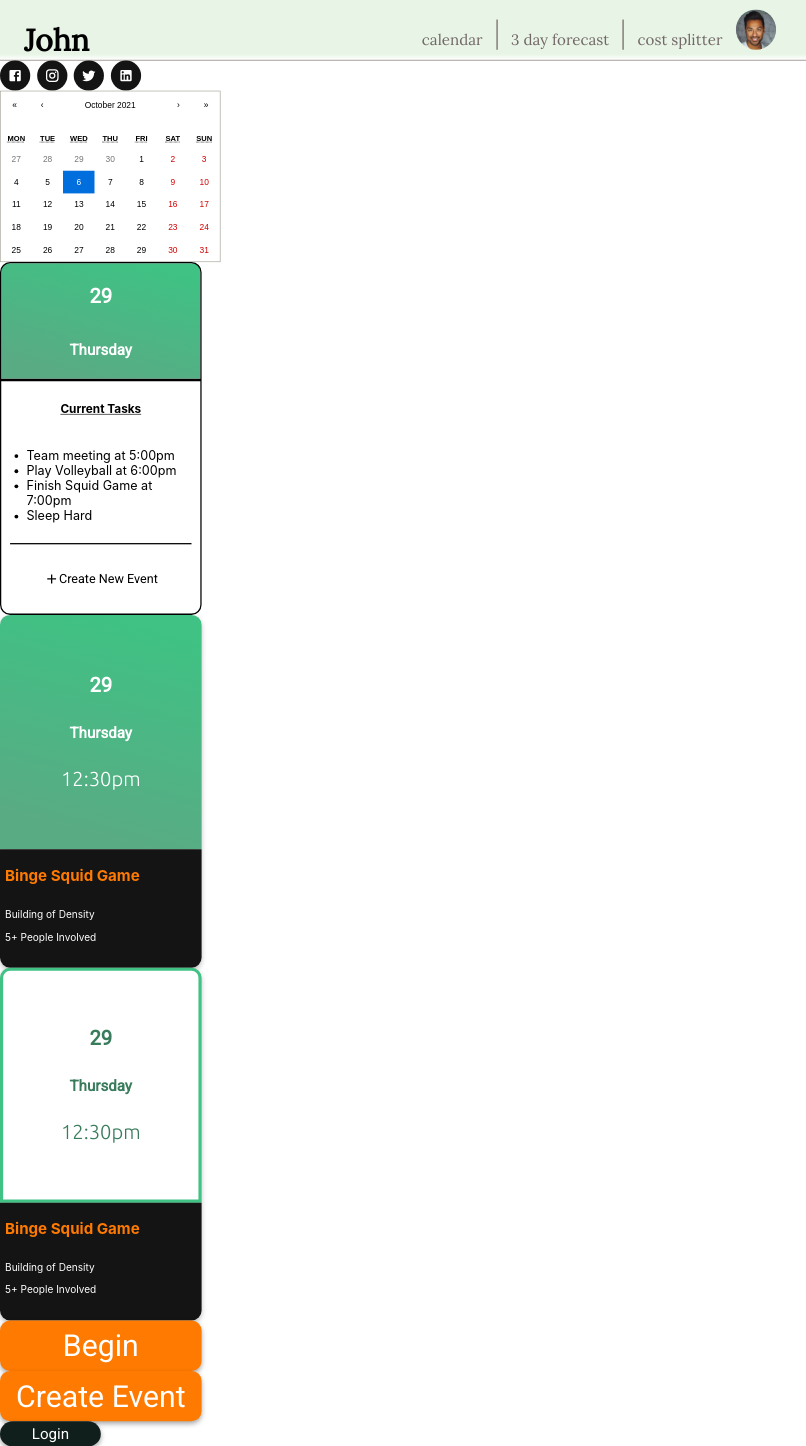
Repository: wilyyy/John
Page: / (app in john-app/)
An editor plug-in stored every save of this project. The page is shown before and after a run of saves, followed by the edit.
The browser window is 1280 px wide. The pictures show the whole page, at 63% of full size.
The project was rebuilt for these pictures with package versions that can differ from the ones it lists, and the page was loaded fresh each time. The framework's server and built-in components were replaced by stand-ins that run in the browser. Also part of the build but not shown: john-app/next.config.js.

Above is the page before, as saved 2021-10-07 18:34:24.

After the next 2 saves:
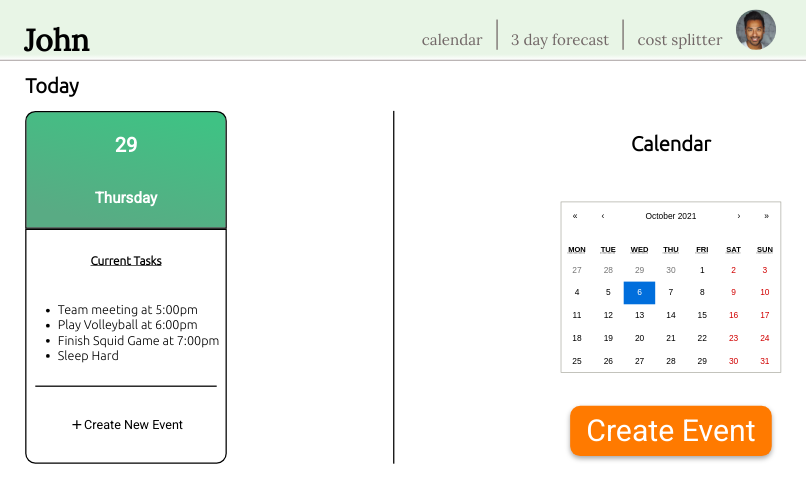
The 2 saves are shown as one change because they came seconds apart.
The last was saved 103 s later.
--- a/john-app/pages/index.js
+++ b/john-app/pages/index.js
@@ -1,47 +1,68 @@
 import Head from 'next/head'
-import Image from 'next/image'
-import styles from '../styles/Home.module.css'
-import Button from '@/Components/Button'
-import EventInfoCard from '@/Components/EventInfoCard'
 import Nav from '@/Components/Nav'
+import {useRouter} from 'next/router';
 import styled from 'styled-components';
-import TaskCard from '@/Components/TaskCard'
-import JohnCalendar from '@/Components/Calendar'
-import SocialMediaIcon from '@/Components/SocialMediaIcon'
+import TaskCard from '@/Components/TaskCard';
+import JohnCalendar from '@/Components/Calendar';
+import Button from '@/Components/Button';
 
-
-const ExampleCont = styled.div`
-  display: flex;
-  flex-direction: column;
+const CalendarCont = styled.div`
+    display: flex;
+    flex-direction: column;
+    justify-content: space-between;
+    align-items: center;
+    width: 100vw;
 `;
 
-export default function Home() {
-  return (
-    <ExampleCont>
-      <Head>
-        <title>John</title>
-        <meta name="description" content="Generated by create next app" />
-        <link rel="icon" href="/favicon.ico" />
-      </Head>
-      <Nav />
+const CalendarPageCont = styled.div`
+    display: flex;
+    flex-direction: column;
+    font-family: 'Ubuntu', sans-serif;
+    width: 75rem;
+    height: 40rem;
+`;
 
-      <SocialMediaIcon />
-      <JohnCalendar />
-      <TaskCard />
+const CalendarPageRow = styled.div`
+    display: flex;
+    width: 75rem;
+    height: 35rem;
+    justify-content: space-between;
+    align-items: center;
+`;
 
-      <EventInfoCard />
-      <EventInfoCard
-        topborder="#3FC284 5px solid"
-        topbgcolor="#fff"
-        h1_color = "#387C5C"
-        h2top_color="#387C5C"
-      />
-      <Button />
-      <Button text="Create Event"/>
+const Divider = styled.div`
+    border-left: 2px black solid;
+    height: 40rem;
+    width: 2px;
+    height: 35rem;
+`;
 
-      <Button width="10rem" height="2.5rem" bgcolor="#111F1C" borderradius="3rem" fontsize="1.5rem" text="Login"/>
+const CalendarWithHeader = styled.div`
+    display: flex;
+    flex-direction: column;
+    justify-content: space-evenly;
+    align-items: center;
+    height: 40rem;
 
+`;
 
-    </ExampleCont>
-  )
+export default function Calendar(){
+    const router = useRouter();
+    return (
+        <CalendarCont>
+            <Nav />
+            <CalendarPageCont>
+                <h1>Today</h1>
+                <CalendarPageRow>
+                    <TaskCard />
+                    <Divider />
+                    <CalendarWithHeader>
+                        <h1>Calendar</h1>
+                        <JohnCalendar />
+                        <Button text="Create Event" routeTo="/eventcreation"/>
+                    </CalendarWithHeader>
+                </CalendarPageRow>
+            </CalendarPageCont>
+        </CalendarCont>
+    )
 }
